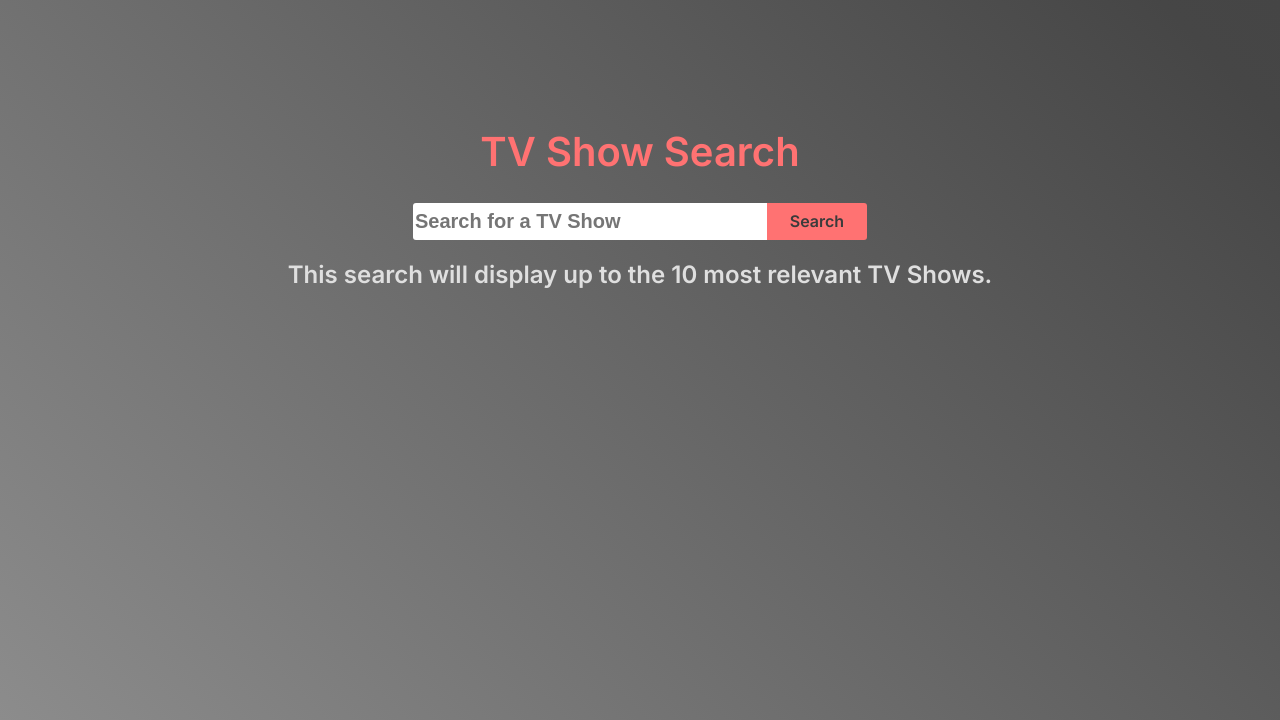
Repository: shayanabedi98/tv-search-react
Page: /
These files come from the project's save history. The page is drawn as it stood at one moment and after the next save; the edit follows.
The browser window is 1280 px wide. The pictures show the whole page.
The project was rebuilt for these pictures with package versions that can differ from the ones it lists, and the page was loaded fresh each time. Also part of the build but not shown: vite.config.js.

Above is the page before, as saved 2024-01-09 15:38:18.

After the next save:
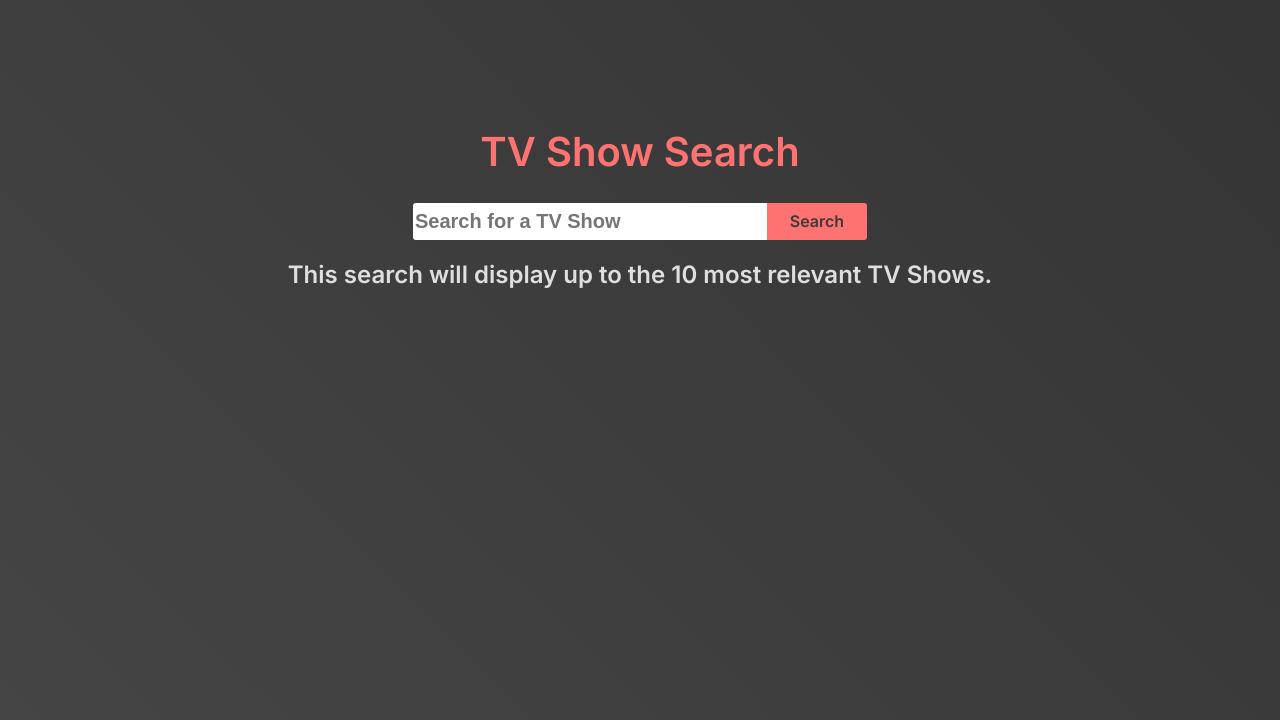
Saved 13 s later.
--- a/src/index.css
+++ b/src/index.css
@@ -14,7 +14,7 @@ body {
   width: 100%;
   background: linear-gradient(45deg, rgb(170, 170, 170), rgb(70, 70, 70), rgb(48, 48, 48));
   background-size: 300% 300%;
-  animation: move-bg ease-in-out infinite;
+  animation: move-bg 12s ease-in-out infinite;
 }
 
 .search {

After the save that followed:
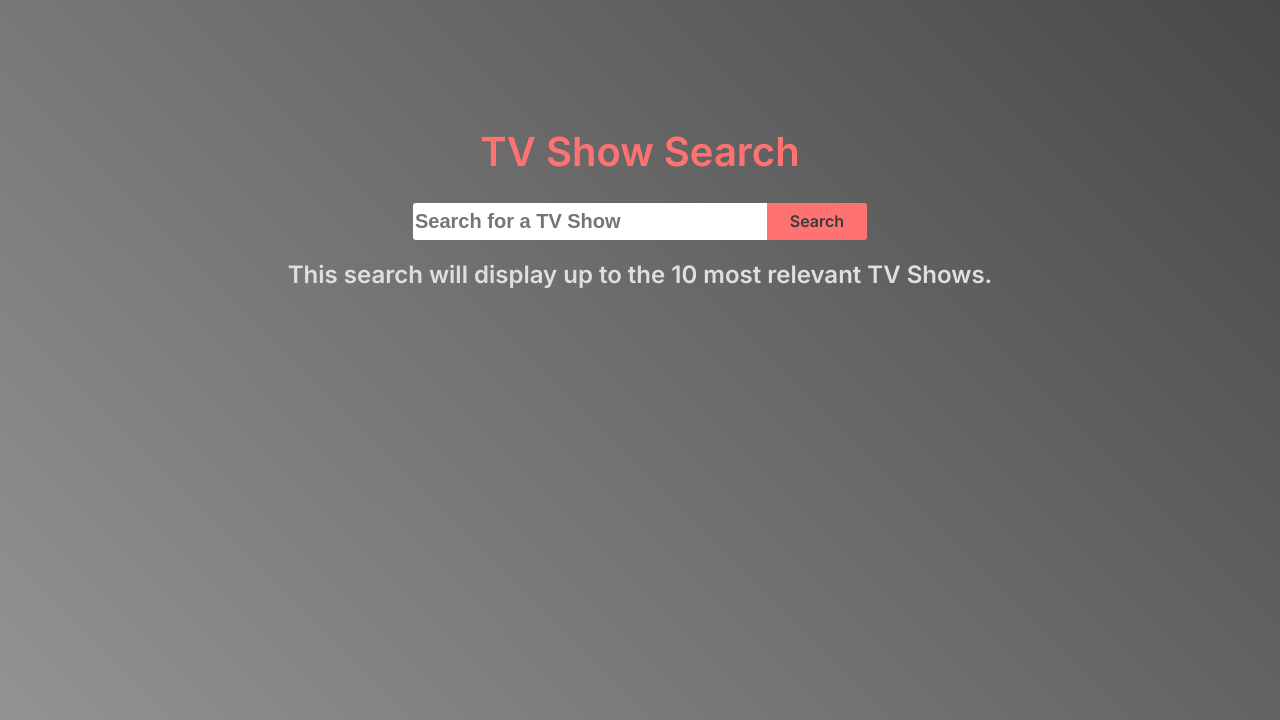
Saved 51 s later.
--- a/src/index.css
+++ b/src/index.css
@@ -2,8 +2,8 @@
 
 @keyframes move-bg {
   0% { background-position: 0% 50%; }
-  50% { background-position: 100% 50%;}
-  100% { background-position: 0% 50%; }
+  /* 50% { background-position: 50% 100%;} */
+  100% { background-position: 50% 100%; }
 }
 
 body {
